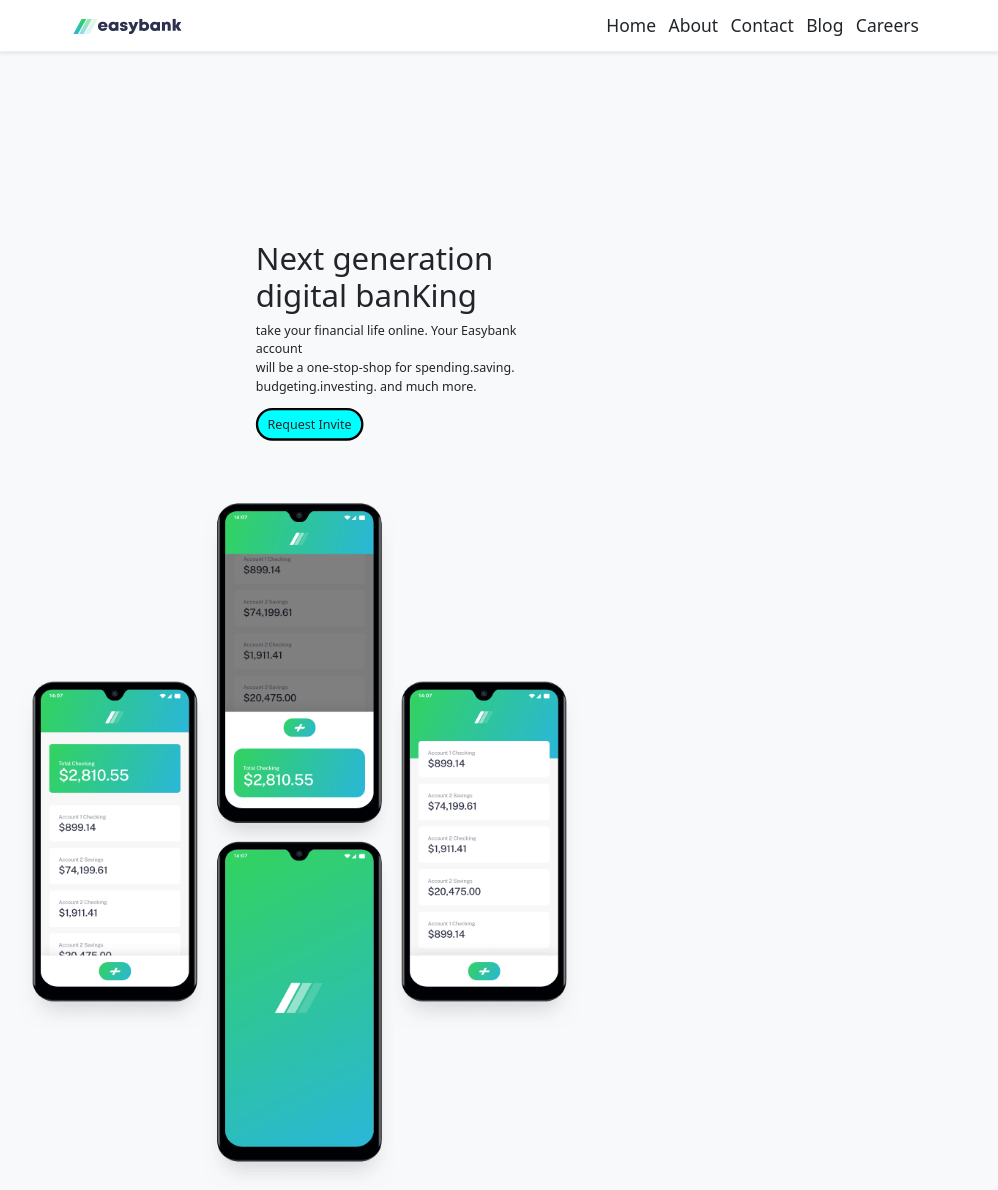
Repository: devbastos/easy-Bank
Page: / (app in frontend/)
The author's editor kept a copy of each file at every save. The page is drawn from the files as they stood at one save, then again after the next save.
The browser window is 1280 px wide. The pictures show the whole page, at 78% of full size.
Some web libraries are served in a nearby version. The project was rebuilt for these pictures with package versions that can differ from the ones it lists, and the page was loaded fresh each time.

Above is the page before, as saved 2022-02-03 18:50:37.

### frontend/src/index.html
<!doctype html>
<html lang="en">
<head>
  <meta charset="utf-8">
  <title>Frontend</title>
  <base href="/">
  <meta name="viewport" content="width=device-width, initial-scale=1">
  <link rel="icon" type="image/x-icon" href="favicon.ico">
  <link rel="stylesheet" href="../node_modules/bootstrap/dist/css/bootstrap.css">
  <link rel="stylesheet" href="../node_modules/bootstrap-icons/font/bootstrap-icons.css">
  <!-- CSS only -->
<link href="https://cdn.jsdelivr.net/npm/bootstrap@5.1.3/dist/css/bootstrap.min.css" rel="stylesheet" integrity="sha384-1BmE4kWBq78iYhFldvKuhfTAU6auU8tT94WrHftjDbrCEXSU1oBoqyl2QvZ6jIW3" crossorigin="anonymous">
</head>
<body>
  <app-root></app-root>

  <script src="/node_modules/bootstrap/dist/js/bootstrap.bundle.js" crossorigin="anonymous"></script>
  <!-- JavaScript Bundle with Popper -->
<script src="https://cdn.jsdelivr.net/npm/bootstrap@5.1.3/dist/js/bootstrap.bundle.min.js" integrity="sha384-ka7Sk0Gln4gmtz2MlQnikT1wXgYsOg+OMhuP+IlRH9sENBO0LRn5q+8nbTov4+1p" crossorigin="anonymous"></script>
  <!-- JavaScript Bundle with Popper -->
<script src="https://cdn.jsdelivr.net/npm/bootstrap@5.1.3/dist/js/bootstrap.bundle.min.js" integrity="sha384-ka7Sk0Gln4gmtz2MlQnikT1wXgYsOg+OMhuP+IlRH9sENBO0LRn5q+8nbTov4+1p" crossorigin="anonymous"></script>
</body>
</html>

### frontend/src/app/app.module.ts
import { NgModule } from '@angular/core';
import { BrowserModule } from '@angular/platform-browser';

import { AppRoutingModule } from './app-routing.module';
import { AppComponent } from './app.component';
import { NavbarComponent } from './template/navbar/navbar.component';
import { BrowserAnimationsModule } from '@angular/platform-browser/animations';
import { HeaderComponent } from './template/header/header.component';

@NgModule({
  declarations: [
    AppComponent,
    NavbarComponent,
    HeaderComponent,

  ],
  imports: [
    BrowserModule,
    AppRoutingModule,
    BrowserAnimationsModule
  ],
  providers: [],
  bootstrap: [AppComponent]
})
export class AppModule { }

### frontend/src/app/app.component.ts
import { Component } from '@angular/core';

@Component({
  selector: 'app-root',
  templateUrl:'app.Component.html',
})
export class AppComponent {
  title = 'frontend';
}

### frontend/src/app/app.Component.html
<app-navbar></app-navbar>
<app-header></app-header>

### frontend/src/app/template/navbar/navbar.component.html


    <nav class="navbar navbar-expand-lg navbar-dark  border-bottom shadow-sm">
      <div class="container">
          <a class="navbar-brand" href=""><svg xmlns="http://www.w3.org/2000/svg" width="139" height="20"><defs><linearGradient id="a" x1="72.195%" x2="17.503%" y1="0%" y2="100%"><stop offset="0%" stop-color="#33D35E"/><stop offset="100%" stop-color="#2AB6D9"/></linearGradient></defs><g fill="none" fill-rule="evenodd"><path fill="#2D314D" fill-rule="nonzero" d="M37.754 15.847c2.852 0 5.152-1.622 5.952-4.216h-3.897c-.376.665-1.14 1.066-2.055 1.066-1.237 0-2.065-.674-2.32-1.978h8.44c.051-.352.081-.694.081-1.037 0-3.335-2.537-5.95-6.201-5.95-3.568 0-6.175 2.564-6.175 6.049 0 3.473 2.628 6.066 6.175 6.066zm2.344-7.297h-4.596c.317-1.129 1.11-1.749 2.252-1.749 1.181 0 2 .613 2.344 1.75zm10.946 7.296c1.32 0 2.5-.434 3.43-1.188l.336.804h3.027V4.093h-2.919l-.4.88c-.94-.775-2.135-1.222-3.474-1.222-3.476 0-5.961 2.505-5.961 6.026 0 3.533 2.485 6.07 5.961 6.07zm.524-3.467c-1.467 0-2.545-1.108-2.545-2.593 0-1.475 1.069-2.583 2.545-2.583 1.466 0 2.544 1.108 2.544 2.583 0 1.485-1.078 2.593-2.544 2.593zm13.123 3.467c3.02 0 5.025-1.554 5.025-3.93 0-2.883-2.387-3.256-4.183-3.575-1.08-.193-1.95-.344-1.95-.99 0-.527.422-.838 1.05-.838.71 0 1.197.337 1.197 1.063h3.667c-.044-2.303-1.92-3.843-4.816-3.843-2.912 0-4.854 1.47-4.854 3.75 0 2.757 2.337 3.289 4.1 3.574 1.092.181 1.952.368 1.952 1.024 0 .587-.543.88-1.116.88-.742 0-1.32-.383-1.32-1.214h-3.77c.036 2.463 1.919 4.1 5.018 4.1zm8.1 3.858c2.936 0 4.344-1.257 5.877-4.736l4.764-10.863h-4.206l-2.249 6.263-2.412-6.263H70.31l4.698 10.43c-.53 1.414-.983 1.804-2.48 1.804H71.45v3.365h1.341zm18.504-3.858c3.5 0 5.973-2.515 5.973-6.048S94.796 3.75 91.295 3.75a5.332 5.332 0 00-2.825.784V0H84.6v15.474h2.897l.37-.844c.923.771 2.102 1.216 3.428 1.216zm-.523-3.467c-1.467 0-2.545-1.108-2.545-2.58 0-1.486 1.078-2.594 2.545-2.594 1.466 0 2.544 1.108 2.544 2.593 0 1.473-1.087 2.58-2.544 2.58zm13.598 3.467c1.32 0 2.5-.434 3.43-1.188l.336.804h3.027V4.093h-2.918l-.401.88c-.939-.775-2.135-1.222-3.474-1.222-3.476 0-5.96 2.505-5.96 6.026 0 3.533 2.484 6.07 5.96 6.07zm.524-3.467c-1.467 0-2.545-1.108-2.545-2.593 0-1.475 1.07-2.583 2.545-2.583 1.467 0 2.545 1.108 2.545 2.583 0 1.485-1.078 2.593-2.545 2.593zm12.653 3.095V9.403c0-1.447.702-2.3 1.923-2.3.986 0 1.483.657 1.483 1.98v6.39h3.915V8.543c0-2.897-1.733-4.773-4.373-4.773-1.47 0-2.733.565-3.58 1.508l-.537-1.172h-2.747v11.369h3.916zm13.748 0v-4.808l2.848 4.808h4.616l-3.902-5.95 3.543-5.419h-4.397l-2.708 4.454V0h-3.916v15.474h3.916z"/><g fill="url(#a)"><path d="M10.802 0L0 19.704h5.986L16.789 0z"/><path opacity=".5" d="M18.171 0L7.368 19.704h5.986L24.157 0z"/><path opacity=".15" d="M25.539 0L14.737 19.704h5.986L31.525 0z"/></g></g></svg></a>
          <button class="navbar-toggler" type="button" data-bs-toggle="collapse" data-bs-target=".navbar-collapse">
            <svg xmlns="http://www.w3.org/2000/svg" width="30" height="30" fill="currentColor" class="bi bi-list" viewBox="0 0 16 16">
              <path fill-rule="evenodd" d="M2.5 12a.5.5 0 0 1 .5-.5h10a.5.5 0 0 1 0 1H3a.5.5 0 0 1-.5-.5zm0-4a.5.5 0 0 1 .5-.5h10a.5.5 0 0 1 0 1H3a.5.5 0 0 1-.5-.5zm0-4a.5.5 0 0 1 .5-.5h10a.5.5 0 0 1 0 1H3a.5.5 0 0 1-.5-.5z"/>
            </svg>
          </button>
          <div class="navbar-collapse collapse">
              <ul class="navbar-nav flex-grow-1 ">

              </ul>

              <div class="align-self-center">
                  <ul class="navbar-nav">
                    <li class="nav-item">
                      <a class="nav-link text-dark text-dark" aria-current="page" href="#">Home</a>
                    </li>
                    <li class="nav-item">
                      <a class="nav-link text-dark" href="#">About</a>
                    </li>
                    <li class="nav-item">
                      <a class="nav-link text-dark" href="#">Contact</a>
                    </li>
                    <li class="nav-item">
                      <a class="nav-link text-dark">Blog</a>
                    </li>
                    <li class="nav-item">
                        <a class="nav-link text-dark">Careers</a>
                      </li>
                  </ul>
              </div>

              <!-- <div class="align-self-end">
                <ul class="navbar-nav">
                  <li class="nav-item" id="btn">
                      <a class="nav-link" href="">Request Invite</a>
                  </li>
              </ul>
              </div> -->
          </div>
      </div>
  </nav>

### frontend/src/app/template/navbar/navbar.component.css
.navbar-toggler {
  color: black;
  margin-right: 1.5rem;
}

.nav-link {
  font-size: 1.4rem;
}

.nav-item :hover {
  text-decoration: overline 3px #31d35c9c;
  transform: scale(1, 1);
  transition: 0.3s ease;
}
/*
#btn {
  background: 50% rgb(45, 49, 77);
  background: 50%
    linear-gradient(
      90deg,
      rgba(45, 49, 77, 0.719) 24%,
      #31d35c9c 51%,
      rgba(43, 183, 218, 0.664) 100%
    );
  color: #fff;
  border-radius: 10rem;
  margin-left: 5rem;
} */

### frontend/src/app/template/header/header.component.html
<div class="container-fluid bg-light">
    <div class="row">
        <div class="col-4 textos">
            <h1>Next generation digital banKing</h1>

            <p>take your financial life online. Your Easybank account <br>
                will be a one-stop-shop for spending.saving.<br>
                budgeting.investing. and much more.
            </p>

            <button type="button" class="btn">Request Invite</button>
        </div>

        <div class="col-6">
            <img src="/assets/images/image-mockups.png" alt="">
        </div>
    </div>
</div>

### frontend/src/app/template/header/header.component.css
img {
  max-width: 45rem;
  margin-top: 5rem;
}

.textos {
  margin-top: 15rem;
  margin-left: 19rem;
}

.btn {
  border: solid black;
  border-radius: 10rem;
  background-color: aqua;
}

Loaded but not shown: frontend/src/main.ts (common file); frontend/src/environments/environment.ts (common file); frontend/src/app/app-routing.module.ts (common file); frontend/src/app/template/navbar/navbar.component.ts (common file); frontend/src/app/template/header/header.component.ts (common file)

After the next save:
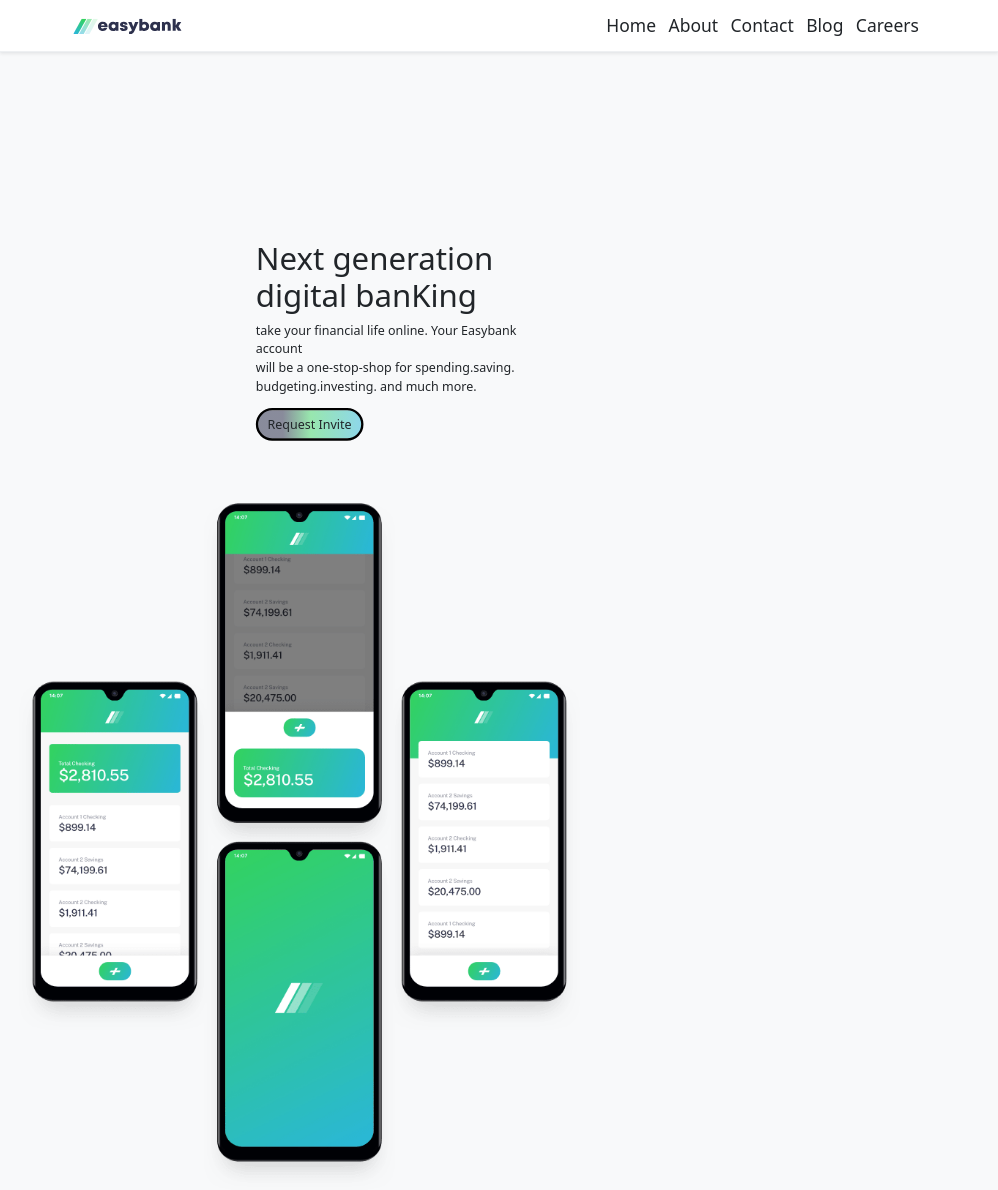
Saved 65 s later.
--- a/frontend/src/app/template/header/header.component.css
+++ b/frontend/src/app/template/header/header.component.css
@@ -11,5 +11,11 @@
 .btn {
   border: solid black;
   border-radius: 10rem;
-  background-color: aqua;
+  background: rgb(45, 49, 77);
+  background: linear-gradient(
+    90deg,
+    rgba(45, 49, 77, 0.5494572829131652) 24%,
+    rgba(49, 211, 92, 0.4822303921568627) 51%,
+    rgba(43, 183, 218, 0.5158438375350141) 100%
+  );
 }
